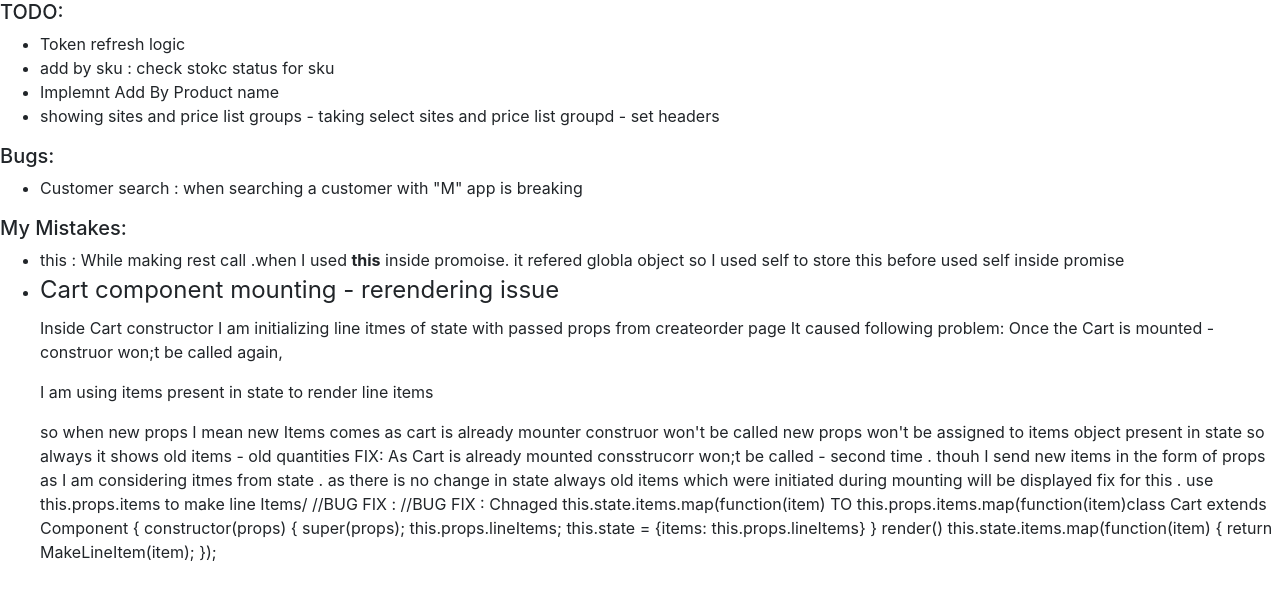
Repository: testtiger/reactagent
Page: /todo
The author's editor kept a copy of each file at every save. The page is drawn from the files as they stood at one save, then again after the next save.
The browser window is 1280 px wide. The pictures show the whole page.
The project was rebuilt for these pictures with package versions that can differ from the ones it lists, and the page was loaded fresh each time. Also part of the build but not shown: src/components/Agent/Rest/agent-rest-client.js, src/components/Agent/Dashboard/quicklinks.jsx, src/components/Agent/Dashboard/announcements.jsx, src/components/Agent/Dashboard/recentorders.jsx, src/components/Agent/Dashboard/pendingactions.jsx, src/components/Agent/Dashboard/DashboardPage.jsx, src/components/Agent/Shared/Navigation.jsx, src/components/Agent/Login/loginpage.jsx and 12 more.

Above is the page before, as saved 2018-12-15 16:45:57.

After the next save:
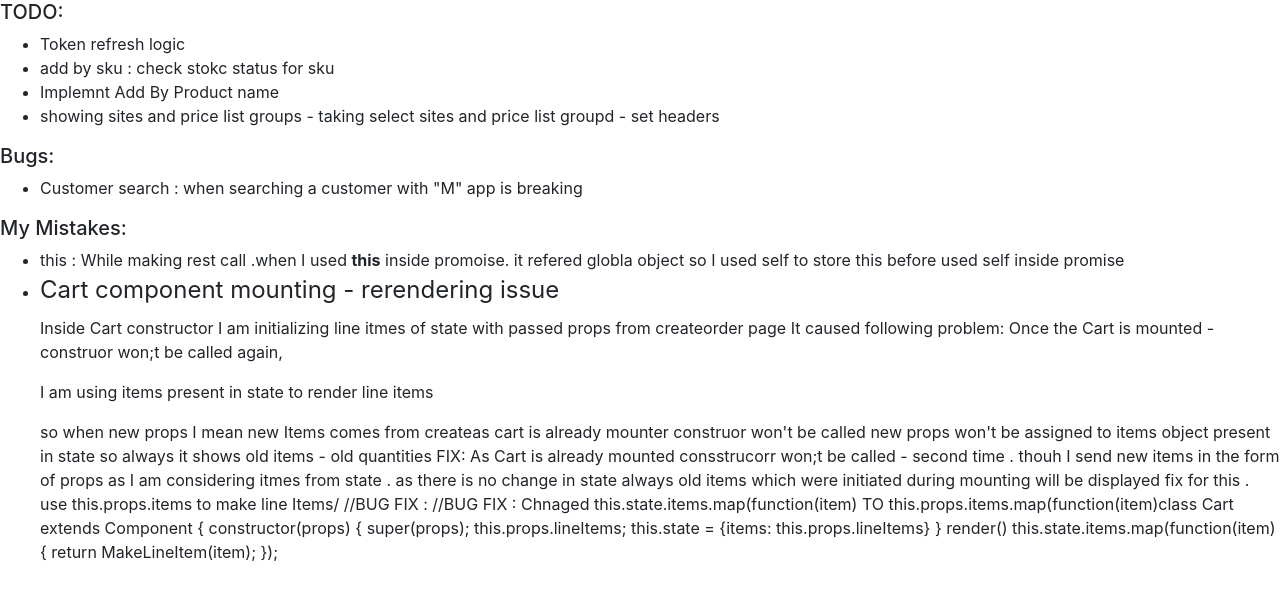
Saved 20 s later.
--- a/src/components/Agent/BugsTODO/TODO.jsx
+++ b/src/components/Agent/BugsTODO/TODO.jsx
@@ -37,7 +37,7 @@ export default class TODO extends Component {
                 called again,
               </p>
               <p>I am using items present in state to render line items</p> so
-              when new props I mean new Items comes as cart is already mounter
+              when new props I mean new Items comes from createas cart is already mounter
               construor won't be called new props won't be assigned to items
               object present in state so always it shows old items - old
               quantities FIX: As Cart is already mounted consstrucorr won;t be
